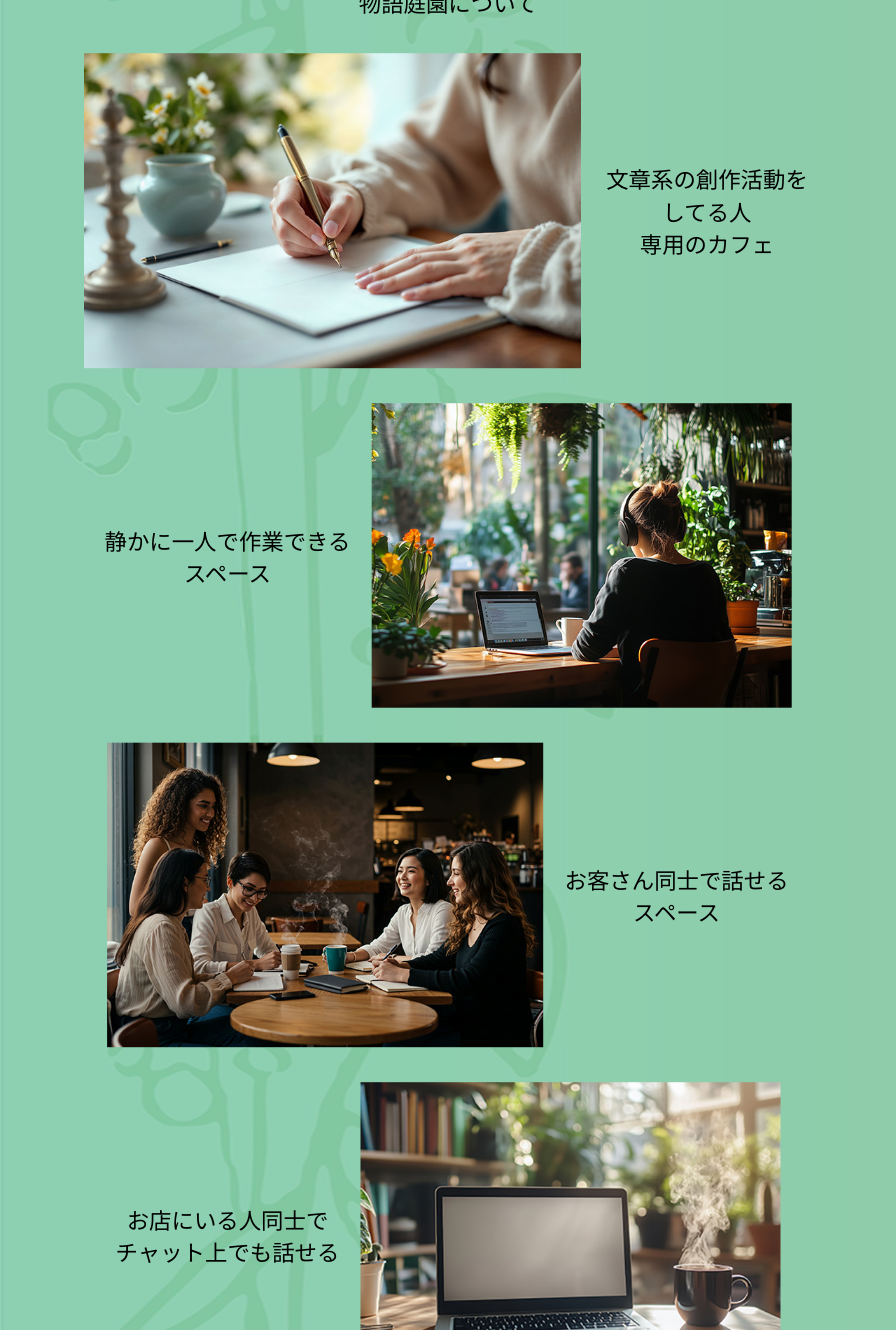
Repository: saka-kou/GardenStory
Page: index.html
These files come from the project's save history. The page is drawn as it stood at one moment and after the next save; the edit follows.
The browser window is 1280 px wide. The pictures show the part of the page from y = 1020 to 2920 px (the page is 4922 px tall before and 5310 px after), at 70% of full size.
A picture or video elsewhere on the page could not be fetched, so the positions and the page height are approximate. Some web fonts or font styles are not loaded; a fallback is used.

Above is the page before, as saved 2025-07-24 13:58:20.

After the next save:
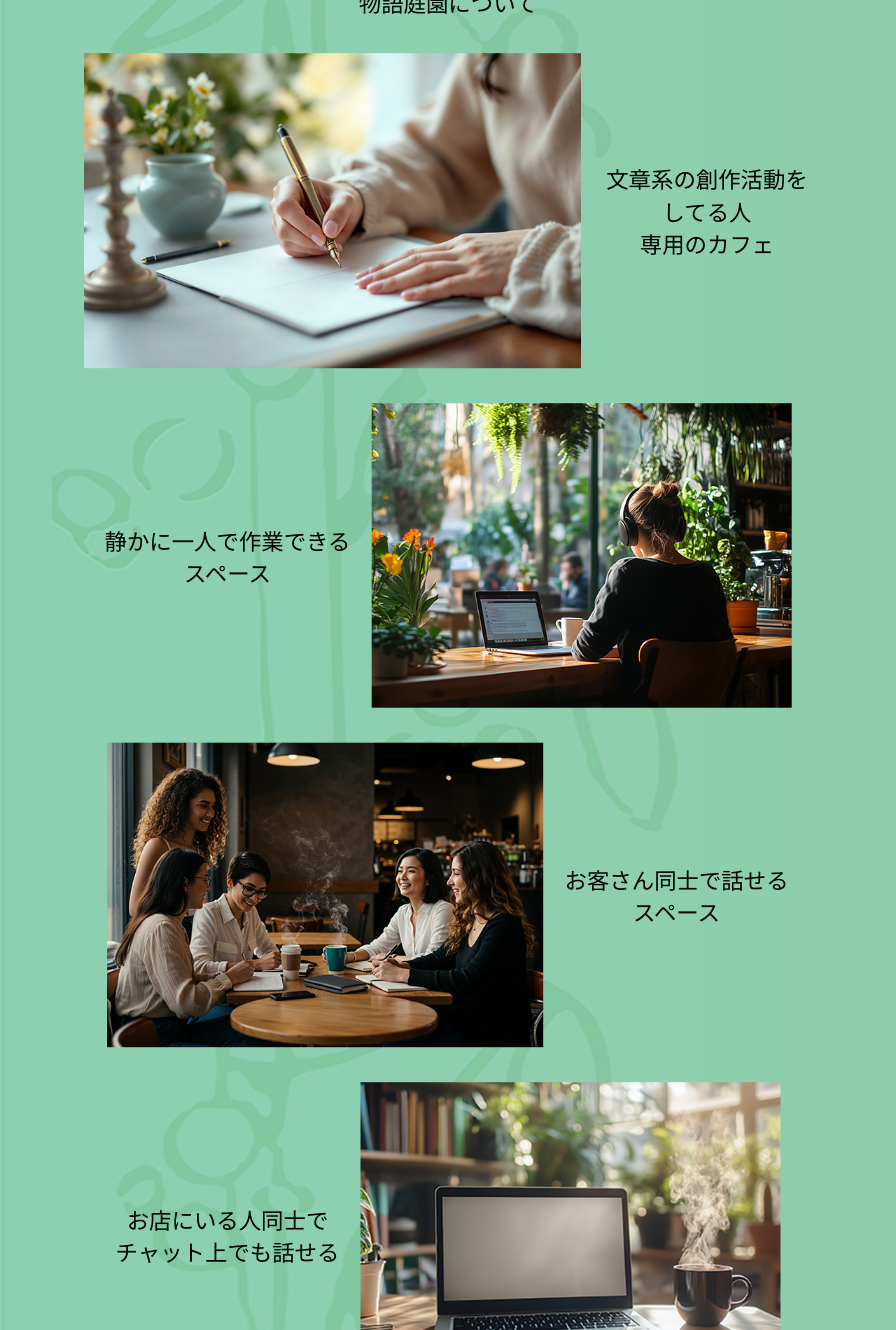
Not found: images/blurmountain
Saved 36 min 34 s later.
--- a/index.html
+++ b/index.html
@@ -62,7 +62,7 @@
             <h2>メニュー</h2>
             <div itemWrap></div>
                 <div class="topitem">
-                        <img src="" alt="ブルーマウンテン">
+                        <img src="images/blurmountain" alt="ブルーマウンテン">
                         <p class="menuname">ブルーマウンテン</p>
                         <p>すっきりした飲み口<br>
                         リラックスしたい時におすすめ</p>
@@ -76,7 +76,7 @@
                         <p class="price">650円(税込)</p>
                 </div>
                 <div class="middleitem">
-                        <img src="" alt="マンデリンコーヒー">
+                        <img src="images/manderin.png" alt="マンデリンコーヒー">
                         <p class="menuname">マンデリンコーヒー</p>
                         <p>深いコクとほのかな苦味<br>
                         集中したい作業時に最適です</p>
